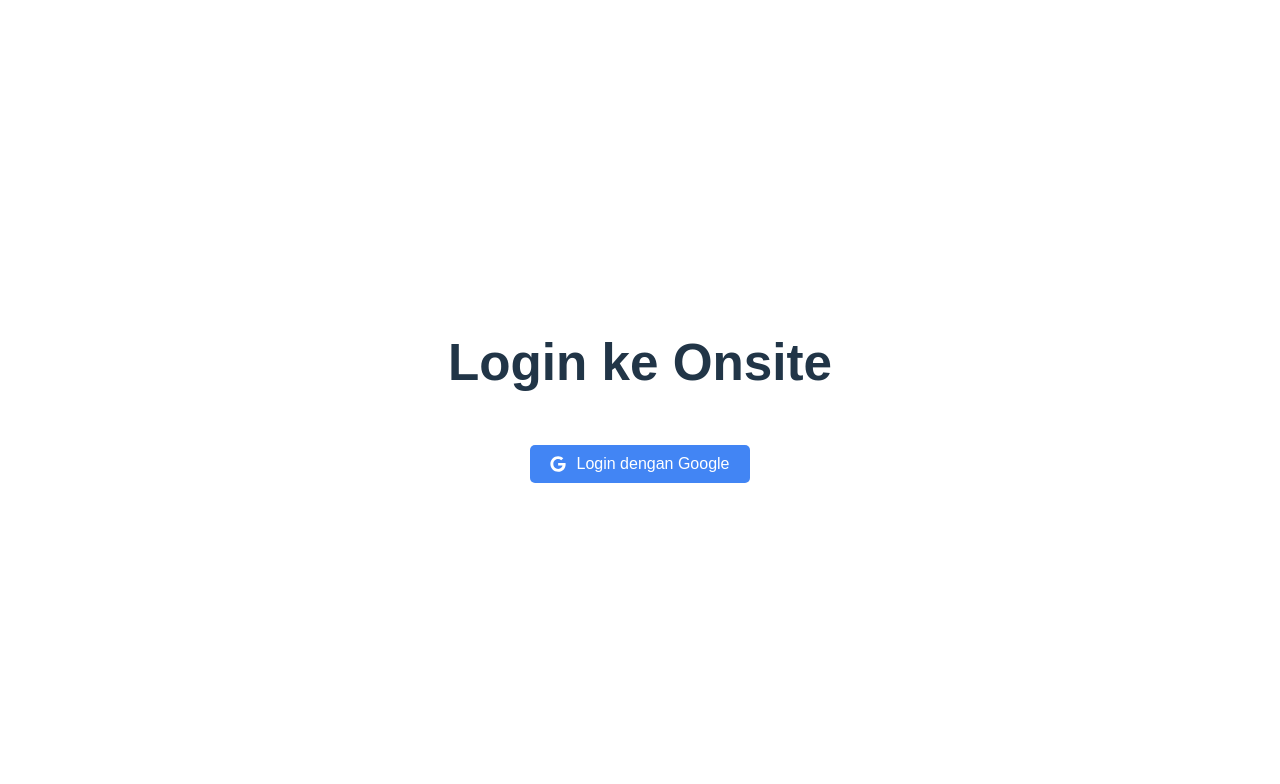
Repository: arifsoul/onsite
Page: /login (app in onsite/)
The author's editor kept a copy of each file at every save. The page is drawn from the files as they stood at one save, then again after the next save.
The browser window is 1280 px wide. The pictures show the whole page.
The project was rebuilt for these pictures with package versions that can differ from the ones it lists, and the page was loaded fresh each time. Also part of the build but not shown: onsite/vite.config.js, onsite/src/services/deepseekApi.js, onsite/src/components/Generator/AIGenerator.css, onsite/src/components/Generator/AIGenerator.jsx, onsite/src/components/Preview/LivePreview.css, onsite/src/components/Preview/LivePreview.jsx, onsite/src/pages/Home.css, onsite/src/pages/Home.jsx and 6 more.

Above is the page before, as saved 2025-04-14 16:34:40.

### onsite/src/index.css
:root {
  font-family: system-ui, Avenir, Helvetica, Arial, sans-serif;
  line-height: 1.5;
  font-weight: 400;

  color-scheme: light dark;
  color: rgba(255, 255, 255, 0.87);
  background-color: #242424;

  font-synthesis: none;
  text-rendering: optimizeLegibility;
  -webkit-font-smoothing: antialiased;
  -moz-osx-font-smoothing: grayscale;
}

a {
  font-weight: 500;
  color: #646cff;
  text-decoration: inherit;
}
a:hover {
  color: #535bf2;
}

body {
  margin: 0;
  display: flex;
  place-items: center;
  min-width: 320px;
  min-height: 100vh;
  font-family: Arial, sans-serif;
}

h1 {
  font-size: 3.2em;
  line-height: 1.1;
}

button {
  border-radius: 8px;
  border: 1px solid transparent;
  padding: 0.6em 1.2em;
  font-size: 1em;
  font-weight: 500;
  font-family: inherit;
  background-color: #1a1a1a;
  cursor: pointer;
  transition: border-color 0.25s;
}
button:hover {
  border-color: #646cff;
}
button:focus,
button:focus-visible {
  outline: 4px auto -webkit-focus-ring-color;
}

@media (prefers-color-scheme: light) {
  :root {
    color: #213547;
    background-color: #ffffff;
  }
  a:hover {
    color: #747bff;
  }
  button {
    background-color: #f9f9f9;
  }
}

### onsite/src/App.jsx
import { BrowserRouter as Router, Routes, Route } from 'react-router-dom';
import { Auth0Provider } from '@auth0/auth0-react';
import { CodeProvider } from './context/CodeContext';
import Home from './pages/Home';
import Editor from './pages/Editor';
import Login from './pages/Login';
import './App.css';

function App() {
  return (
    <Auth0Provider
      domain={import.meta.env.VITE_AUTH0_DOMAIN}
      clientId={import.meta.env.VITE_AUTH0_CLIENT_ID}
      redirectUri={window.location.origin}
    >
      <CodeProvider>
        <Router>
          <Routes>
            <Route path="/" element={<Home />} />
            <Route path="/login" element={<Login />} />
            <Route path="/editor" element={<Editor />} />
          </Routes>
        </Router>
      </CodeProvider>
    </Auth0Provider>
  );
}

export default App;

### onsite/src/context/CodeContext.jsx
import { createContext, useState, useContext } from 'react';

const CodeContext = createContext();

export const CodeProvider = ({ children }) => {
  const [generatedCode, setGeneratedCode] = useState({
    html: '',
    css: '',
    js: '',
  });
  const [components, setComponents] = useState([]);

  const updateComponent = (id, updates) => {
    setComponents((prev) =>
      prev.map((comp) =>
        comp.id === id ? { ...comp, ...updates } : comp
      )
    );
  };

  return (
    <CodeContext.Provider
      value={{ generatedCode, setGeneratedCode, components, setComponents, updateComponent }}
    >
      {children}
    </CodeContext.Provider>
  );
};

export const useCode = () => useContext(CodeContext);

### onsite/src/pages/Login.jsx
import GoogleLogin from '../components/Auth/GoogleLogin';
import './Login.css';

const Login = () => {
  return (
    <div className="login-container">
      <h1>Login ke Onsite</h1>
      <GoogleLogin />
    </div>
  );
};

export default Login;

### onsite/src/components/Auth/GoogleLogin.jsx
import { useAuth0 } from '@auth0/auth0-react';
import { FaGoogle } from 'react-icons/fa';
import './GoogleLogin.css';

const GoogleLogin = () => {
  const { loginWithRedirect, isAuthenticated, user, logout } = useAuth0();

  return (
    <div>
      {isAuthenticated ? (
        <div className="user-info">
          <img src={user?.picture} alt={user?.name} />
          <span>{user?.name}</span>
          <button
            className="logout-btn"
            onClick={() => logout({ returnTo: window.location.origin })}
          >
            Logout
          </button>
        </div>
      ) : (
        <button
          className="google-login-btn"
          onClick={() => loginWithRedirect({ connection: 'google-oauth2' })}
        >
          <FaGoogle /> Login dengan Google
        </button>
      )}
    </div>
  );
};

export default GoogleLogin;

### onsite/src/pages/Login.css
.login-container {
    display: flex;
    flex-direction: column;
    align-items: center;
    justify-content: center;
    height: 100vh;
    gap: 20px;
  }

### onsite/src/components/Auth/GoogleLogin.css
.google-login-btn {
  display: flex;
  align-items: center;
  gap: 10px;
  padding: 10px 20px;
  background-color: #4285f4;
  color: white;
  border: none;
  border-radius: 5px;
  cursor: pointer;
  font-size: 16px;
}

.user-info {
  display: flex;
  align-items: center;
  gap: 10px;
}

.user-info img {
  border-radius: 50%;
  width: 40px;
  height: 40px;
}

.logout-btn {
  padding: 5px 10px;
  background-color: #dc3545;
  color: white;
  border: none;
  border-radius: 5px;
  cursor: pointer;
}

Loaded but not shown: onsite/index.html (common file); onsite/src/main.jsx (common file); onsite/src/App.css (common file)

After the next save:
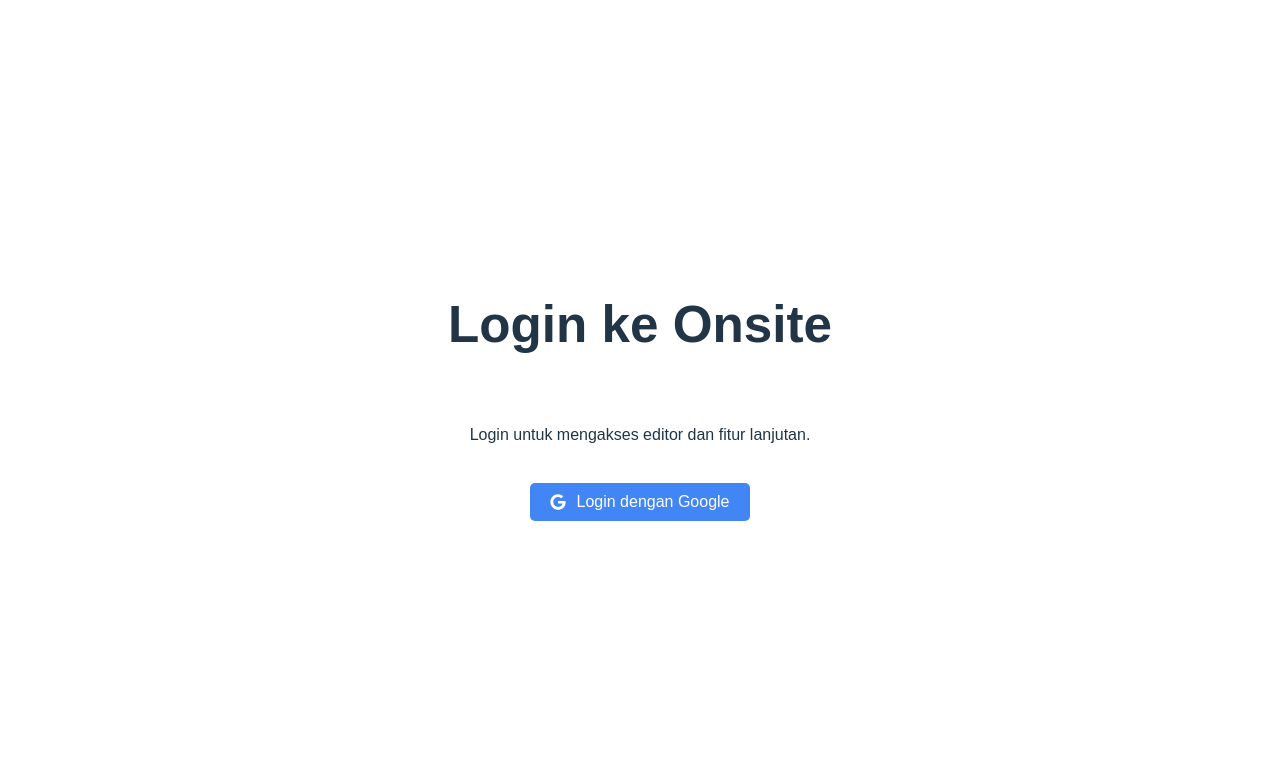
Saved 13 s later.
--- a/onsite/src/pages/Login.jsx
+++ b/onsite/src/pages/Login.jsx
@@ -5,6 +5,7 @@
   return (
     <div className="login-container">
       <h1>Login ke Onsite</h1>
+      <p>Login untuk mengakses editor dan fitur lanjutan.</p>
       <GoogleLogin />
     </div>
   );
